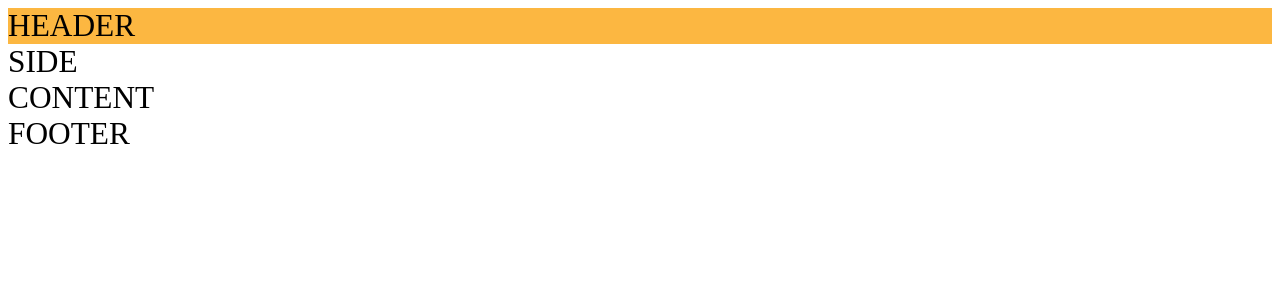
Repository: DuongThanhLong/Basic-responsive-HTML--CSS
Page: Flexbox/index.html
The author's editor kept a copy of each file at every save. The page is drawn from the files as they stood at one save, then again after the next save.
The browser window is 1280 px wide. The pictures show the whole page.

Above is the page before, as saved 2021-09-21 16:25:56.

After the next save:
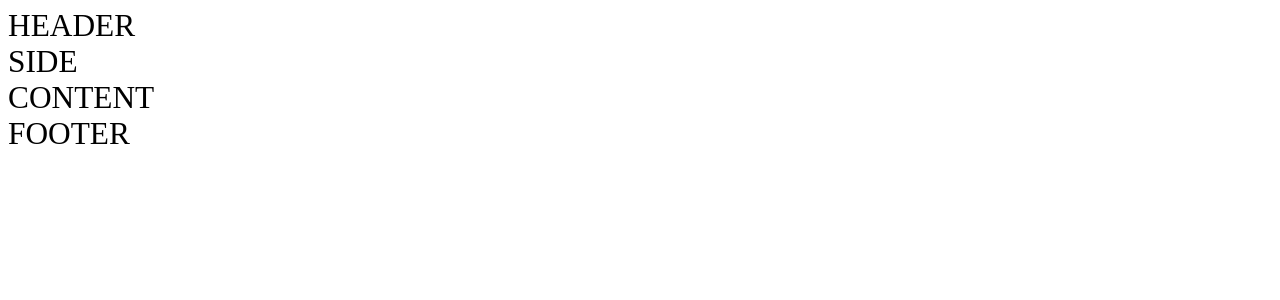
Saved 68 s later.
--- a/Flexbox/index.html
+++ b/Flexbox/index.html
@@ -12,9 +12,11 @@
             font-size: 1.4rem;
         }
 
-        header {
-            background-color: #FCB741;
-        }
+        header {}
+
+        .center {}
+
+        .side {}
     </style>
 </head>
 
